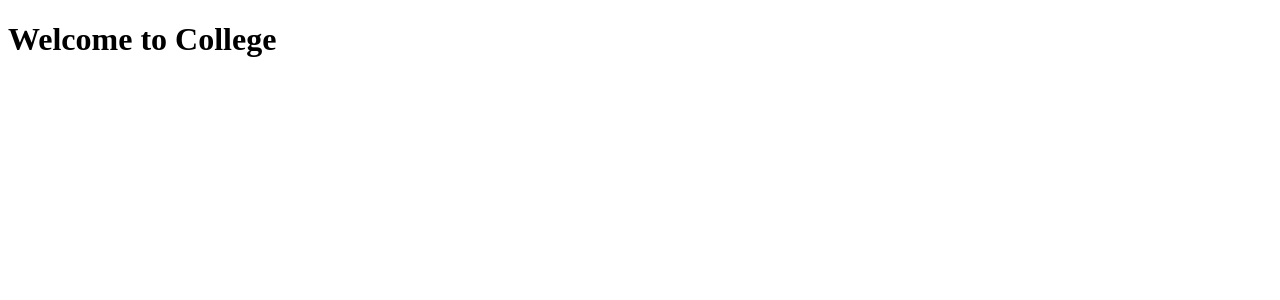
Repository: aamir5773/ServletJsp
Page: http://localhost/ProfessionalCollegee/
These files come from the project's save history. The page is drawn as it stood at one moment and after the next save; the edit follows.
The browser window is 1280 px wide. The pictures show the whole page.
The page is served by Tomcat 9.

Above is the page before, as saved 2019-11-01 10:42:15.

After the next save:
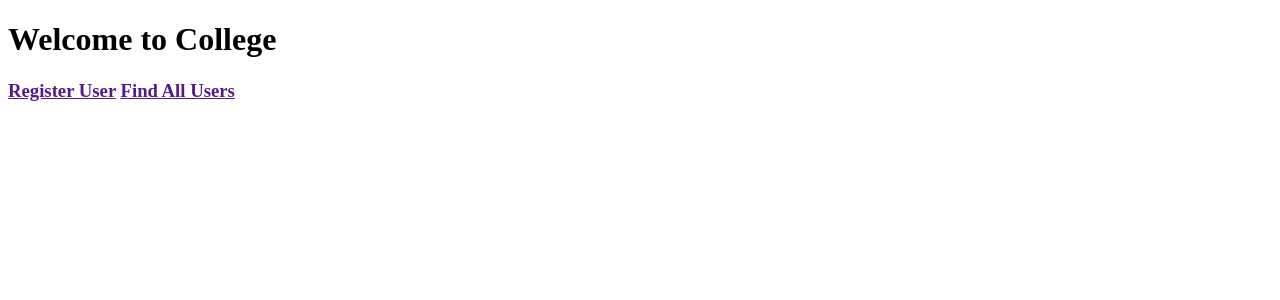
Saved 84 s later.
--- a/ProfessionalCollegee/WebContent/index.jsp
+++ b/ProfessionalCollegee/WebContent/index.jsp
@@ -8,6 +8,15 @@
 </head>
 <body>
 	<h1>Welcome to College</h1>
+	<h3>
+		<a href=''>Register User</a>
+		<a href=''>Find All Users</a>
+	</h3>
+
+	<!-- <h3>
+		<a href='AddUser.jsp'>Add User</a>
+		<a href='showUsers.view'>Find All Users</a>
+	</h3> -->
 
 </body>
 </html>
